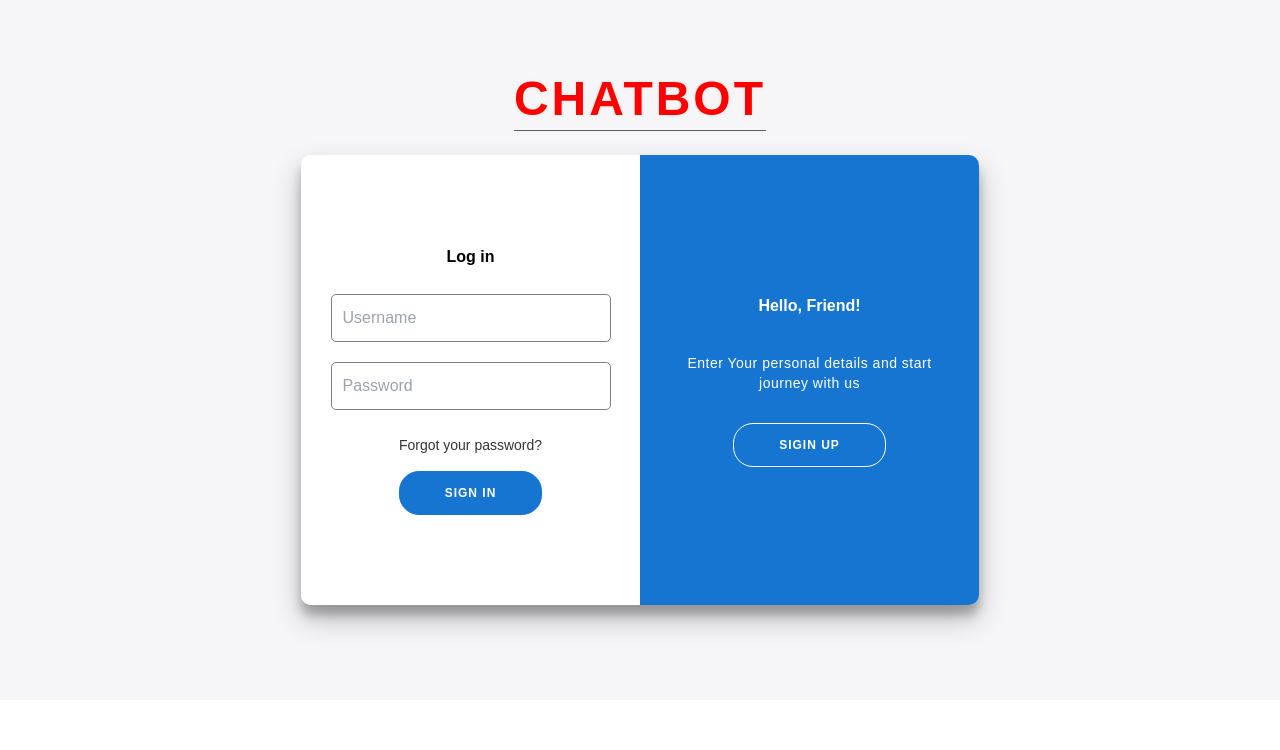
Repository: HaithemBenSlama/chatbot-front
Page: /
An editor plug-in stored every save of this project. The page is shown before and after the next save, followed by the edit.
The browser window is 1280 px wide. The pictures show the whole page.
The project was rebuilt for these pictures with package versions that can differ from the ones it lists, and the page was loaded fresh each time. Also part of the build but not shown: src/App.css.

Above is the page before, as saved 2023-05-01 20:13:05.

After the next save:
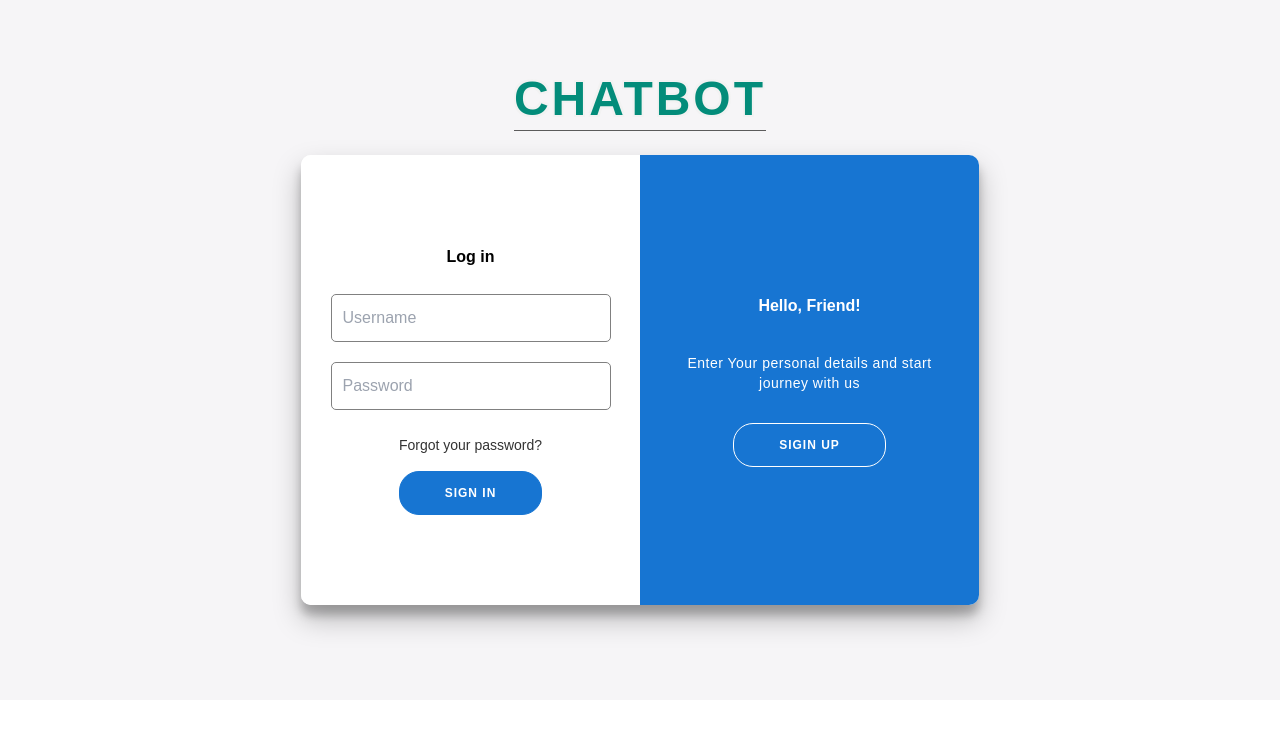
Saved 106 s later.
--- a/src/Components/login.css
+++ b/src/Components/login.css
@@ -17,7 +17,7 @@
     font-weight: 600;
     text-align: center;
     margin-bottom: 2rem;
-    color: red;
+    color: #038c7a;
     text-shadow: 2px 2px 0px #f2f2f2, -2px -2px 0px #f2f2f2, 2px -2px 0px #f2f2f2, -2px 2px 0px #f2f2f2;
     text-transform: uppercase;
     letter-spacing: 3px;
